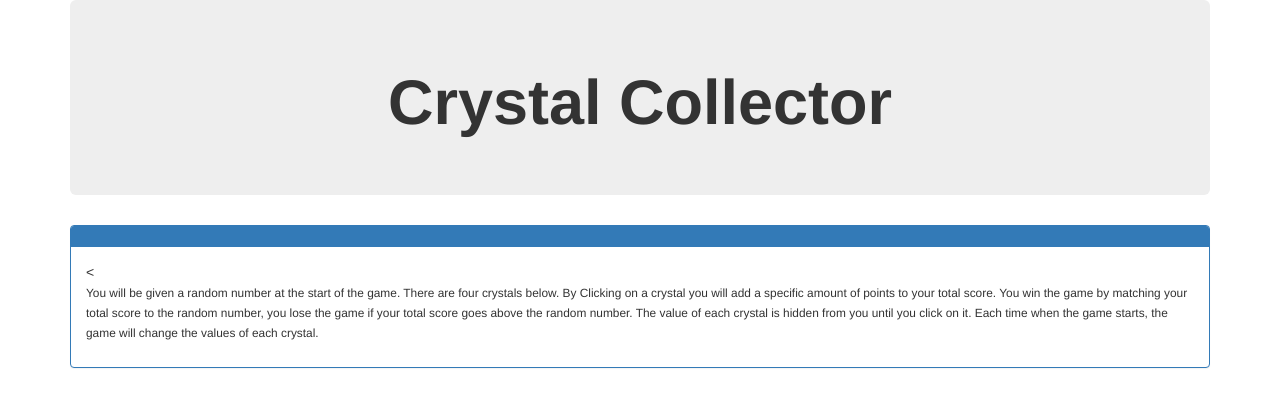
Repository: mikecherry1/week-4-game
Page: index.html
These files come from the project's save history. The page is drawn as it stood at one moment and after the next save; the edit follows.
The browser window is 1280 px wide. The pictures show the whole page.

Above is the page before, as saved 2017-11-19 18:21:34.

### index.html
<!doctype html>
<html lang="en">
  <head>

    <!-- Required meta tags -->
    <meta charset="utf-8">
    <meta name="viewport" content="width=device-width, initial-scale=1, shrink-to-fit=no">

    <!-- Bootstrap CSS -->
    <link rel="stylesheet" <link href="https://maxcdn.bootstrapcdn.com/bootstrap/3.3.7/css/bootstrap.min.css" rel="stylesheet" integrity="sha384-BVYiiSIFeK1dGmJRAkycuHAHRg32OmUcww7on3RYdg4Va+PmSTsz/K68vbdEjh4u"
        crossorigin="anonymous">
  </head>
  <body>

    <div class="container">

        <div class="jumbotron" style "bg-color: purple; color: white;">
        <div class="container">
            <h1 class="text-center"><strong>Crystal Collector</strong></h1>
        </div>
    </div>

    <div class="row">

        <div class="col-lg-12">

            <div class="panel panel-primary">
                <div class="panel-heading">
                    <h3 class="panel-title text-center"<Instructions></h3>
                </div>
                <div class="panel-body">
                    <<p><small>You will be given a random number at the start of the game. There are four crystals below. By Clicking on a crystal you will add a specific amount of points to your total score. You win the game by matching your total score to the random number, you lose the game if your total score goes above the random number. The value of each crystal is hidden from you until you click on it. Each time when the game starts, the game will change the values of each crystal.</small></p>
            </div>


        </div>

    </div>



    </div>



  </body>
</html>

After the next save:
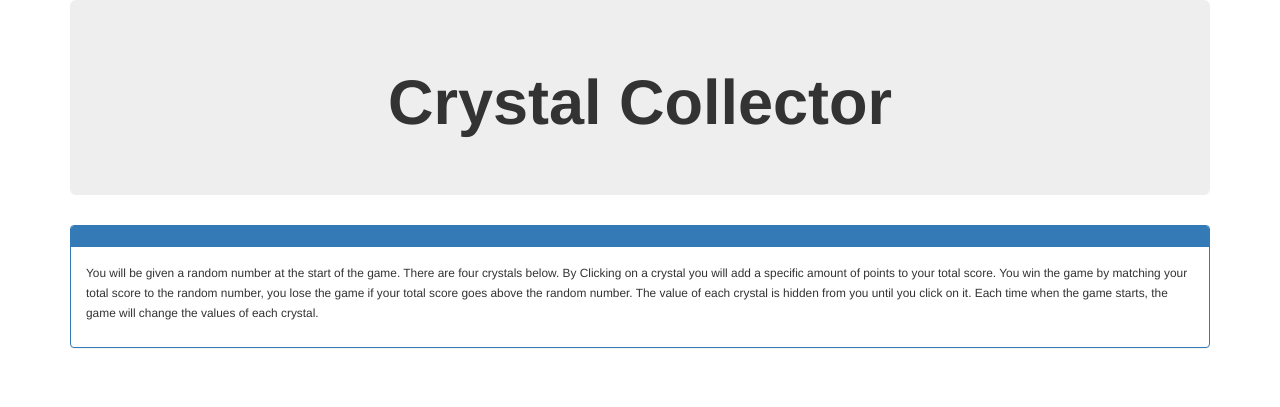
Saved 19 s later.
--- a/index.html
+++ b/index.html
@@ -29,7 +29,7 @@
                     <h3 class="panel-title text-center"<Instructions></h3>
                 </div>
                 <div class="panel-body">
-                    <<p><small>You will be given a random number at the start of the game. There are four crystals below. By Clicking on a crystal you will add a specific amount of points to your total score. You win the game by matching your total score to the random number, you lose the game if your total score goes above the random number. The value of each crystal is hidden from you until you click on it. Each time when the game starts, the game will change the values of each crystal.</small></p>
+                    <p><small>You will be given a random number at the start of the game. There are four crystals below. By Clicking on a crystal you will add a specific amount of points to your total score. You win the game by matching your total score to the random number, you lose the game if your total score goes above the random number. The value of each crystal is hidden from you until you click on it. Each time when the game starts, the game will change the values of each crystal.</small></p>
             </div>
 
 
